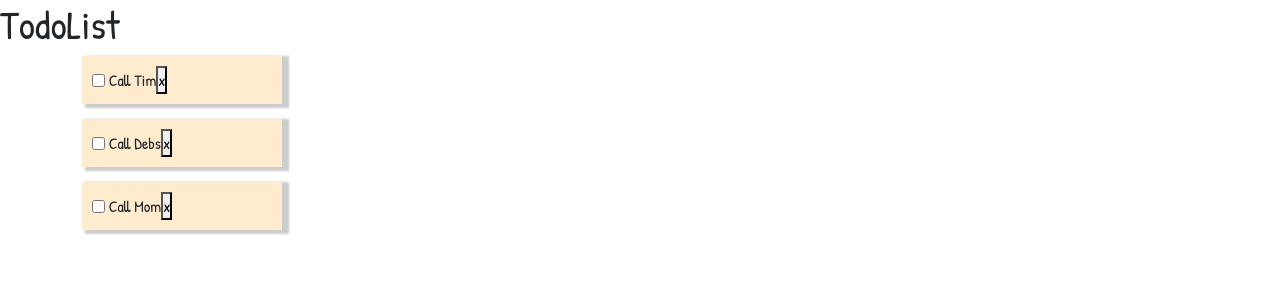
Repository: latenightsnacc/React-Projects
Page: / (app in todolist/)
An editor plug-in stored every save of this project. The page is shown before and after the next save, followed by the edit.
The browser window is 1280 px wide. The pictures show the whole page.
The project was rebuilt for these pictures with package versions that can differ from the ones it lists, and the page was loaded fresh each time.

Above is the page before, as saved 2020-07-02 12:11:01.

### todolist/public/index.html
<!DOCTYPE html>
<html lang="en">
  <head>
    <meta charset="utf-8" />
    <link rel="icon" href="%PUBLIC_URL%/favicon.ico" />
    <meta name="viewport" content="width=device-width, initial-scale=1" />
    <meta name="theme-color" content="#000000" />
    <meta
      name="description"
      content="Web site created using create-react-app"
    />
    <link rel="apple-touch-icon" href="%PUBLIC_URL%/logo192.png" />
    <link rel="stylesheet" href="https://stackpath.bootstrapcdn.com/bootstrap/4.5.0/css/bootstrap.min.css" integrity="sha384-9aIt2nRpC12Uk9gS9baDl411NQApFmC26EwAOH8WgZl5MYYxFfc+NcPb1dKGj7Sk" crossorigin="anonymous">
    <link rel="manifest" href="%PUBLIC_URL%/manifest.json" />
    <link href="https://fonts.googleapis.com/css2?family=Patrick+Hand&display=swap" rel="stylesheet">
    <title>React App</title>
  </head>
  <body>
    <noscript>You need to enable JavaScript to run this app.</noscript>
    <div id="root"></div>
    <!--
      This HTML file is a template.
      If you open it directly in the browser, you will see an empty page.

      You can add webfonts, meta tags, or analytics to this file.
      The build step will place the bundled scripts into the <body> tag.

      To begin the development, run `npm start` or `yarn start`.
      To create a production bundle, use `npm run build` or `yarn build`.
    -->
  </body>
</html>

### todolist/src/App.js
import React, {Component} from 'react';
import TodoList from './components/TodoList';
import './styles/App.scss';

class App extends Component  {
  constructor(props){
    super(props);
    this.state = {
      todos: [
        {
          id: 1,
          title: 'Call Tim',
          completed: false
        },
        {
          id: 2,
          title: 'Call Debs',
          completed: false
        },
        {
          id: 3,
          title: 'Call Mom',
          completed: false
        }
      ]
    }

  }
  markComplete = (id) => {
    this.setState({
      todos: this.state.todos.map(task => {
        if(task.id === id){
          task.completed = !task.completed
        }
        return task;
      })
    })
}

  render() {
    return (
      <div className="App">
        <TodoList tasks= {this.state.todos} markComplete={this.markComplete} />
      </div>
    );
  }

}

export default App;

### todolist/src/components/TodoList.js
import React, { Component } from 'react';
import PropTypes from 'prop-types';
import TodoItem from './TodoItem';

class TodoList extends Component {
    render() {
        return (
            <>
                <h1>TodoList</h1>
                <div className="TodoList">
                    {
                        this.props.tasks.map(task => {
                            return <TodoItem key={task.id} task= {task} markComplete={this.props.markComplete} />
                        })
                    }
                </div>
            </>
        )
    }
}

// PropTypes
TodoList.propTypes = {
    tasks: PropTypes.array.isRequired
}
export default TodoList;

### todolist/src/styles/App.scss
@import "~bootstrap/scss/bootstrap";
@import url('https://fonts.googleapis.com/css2?family=Patrick+Hand&display=swap');

* {
    margin: 0;
    padding: 0;
    font-family: 'Patrick Hand', cursive;
}

### todolist/src/components/TodoItem.js
import React, { Component } from 'react';
import PropTypes from 'prop-types';

class TodoItem extends Component {
    getStyle = () => {
        return {
            background: '#ffebcd',
            width: '200px',
            padding: '10px',
            display: 'flex',
            alignItems: 'center',
            marginBottom: '15px',
            boxShadow: '5px 2px 2px 2px #cccccc',
            textDecoration: this.props.task.completed ?
            'line-through'
            :'none'
        }
    }

    render() {
        const { id, title } = this.props.task;
        return (
            <>
                <div className="container">
                    <div className="row flex-d wrap">
                        <div className="col">
                            <div style={this.getStyle()}>
                                <input type="checkbox" onChange={this.props.markComplete.bind(this, id)} /> &nbsp;
                                {title}
                                <button style={btn}>x</button>
                            </div>
                        </div>
                    </div>

                </div>


            </>
        )
    }
}
const btn = {
    float: 'right',

}
// PropTypes
TodoItem.propTypes = {
    task: PropTypes.object.isRequired
}
export default TodoItem

Loaded but not shown: todolist/src/index.js (common file)

After the next save:
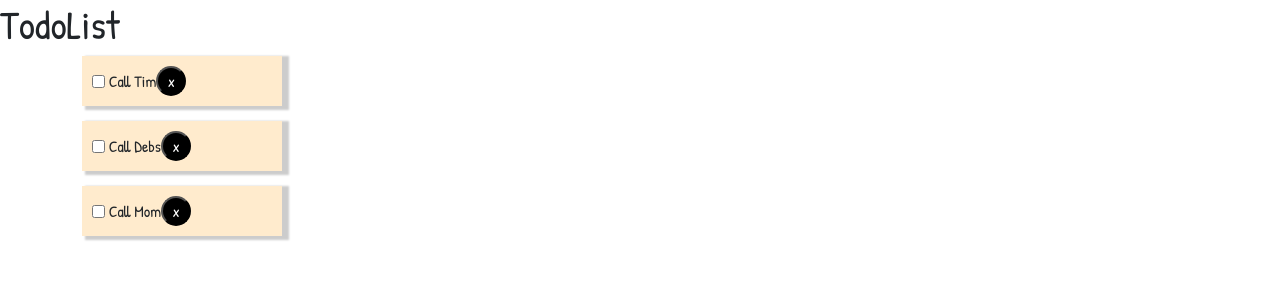
Saved 97 s later.
--- a/todolist/src/components/TodoItem.js
+++ b/todolist/src/components/TodoItem.js
@@ -41,7 +41,12 @@ class TodoItem extends Component {
 }
 const btn = {
     float: 'right',
-
+    background: 'black',
+    height: '30px',
+    width: '30px',
+    borderRadius: '50%',
+    textAlign: 'center',
+    color: 'white'
 }
 // PropTypes
 TodoItem.propTypes = {
